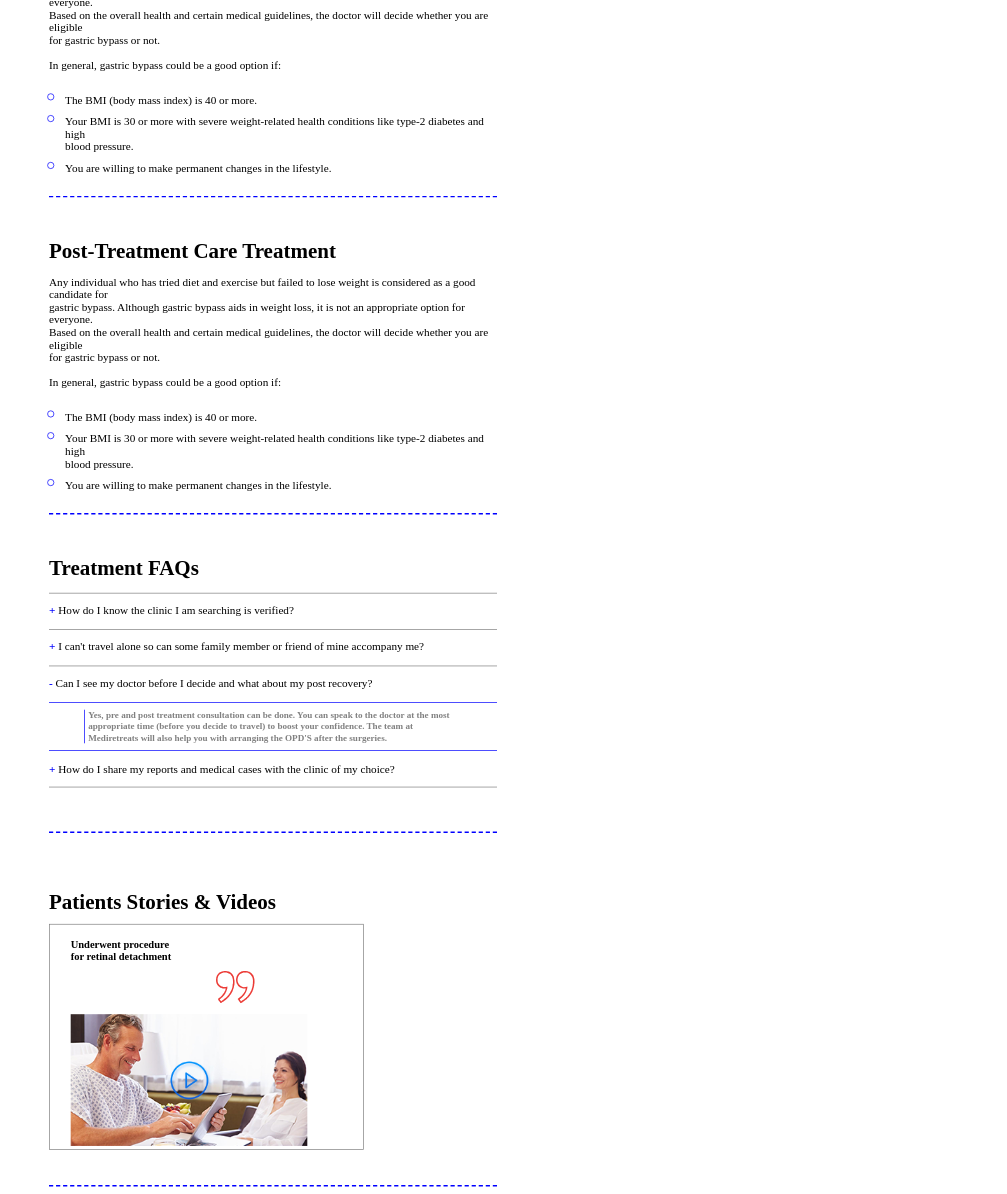
Repository: hetuk2005/webDevelopment
Page: Projects/Aafiya.html
An editor plug-in stored every save of this project. The page is shown before and after the next save, followed by the edit.
The browser window is 1280 px wide. The page is 1438 px wide, so the pictures cover 1438 px, including what lies to the right of the window. The pictures show the part of the page from y = 2867 to 4587 px (the page is 4572 px tall before and 4587 px after), at 70% of full size.

Above is the page before, as saved 2025-04-08 10:48:07.

### Projects/Aafiya.html
<!DOCTYPE html>
<html lang="en">

<head>
    <meta charset="UTF-8" />
    <meta name="viewport" content="width=device-width, initial-scale=1.0" />
    <title>Hetuk</title>
    <link rel="stylesheet" href="./CSS/Aafiya.css" />
</head>

<body>
    <nav>
        <div class="child1">
            <div class="images">
                <img src="./Images/Aafiya Logo.svg" alt="Aafiya Logo" class="img1" /><br />
                <img src="./Images/Logo 2.png" alt="Logo" class="img2" />
            </div>
            <div class="image_text">
                <div class="book_text">
                    <img src="./Images/Book.svg" alt="Book" class="img3" />
                    <div class="grid">
                        <br />
                        <p class="text">Second Medical Option</p>
                        <p class="text1">Book Consultation</p>
                    </div>
                </div>
                <div class="call_text">
                    <img src="./Images/Call.svg" alt="Call" class="img4" /><br />
                    <div class="grid">
                        <br />
                        <p class="text">Call Us On</p>
                        <p class="text1">985 896 2222</p>
                    </div>
                </div>
                <div class="mail_text">
                    <img src="./Images/Mail.png" alt="Mail" class="img5" />
                    <div class="grid">
                        <br />
                        <p class="text">Email Us On</p>
                        <p class="text1">info@mediretreats.com</p>
                    </div>
                </div>
                <div class="India">
                    <img src="./Images/India.svg" alt="India Flag" class="img6" />
                    <img src="./Images/Dropdown Arrow.svg" alt="Dropdown Arrow" class="img7" />
                </div>
            </div>
        </div>
        <div class="child2">
            <ul>
                <li>Home</li>
                <li>About Us</li>
                <li>Treatments +</li>
                <li>Destinations +</li>
                <li>Hospitals</li>
                <li>FAQs</li>
                <li>Blog</li>
                <li>Request A Quote</li>
            </ul>
            <input type="search" placeholder="Search" />
        </div>
    </nav>
    <div class="home_img">
        <div class="home_child">
            <p class="home_content">Home</p>
            <span> > </span>
            <p class="home_content">Treatments</p>
            <span> > </span>
            <p class="home_content">Orthopaedics</p>
            <span> > </span>
            <p class="home_content">Knee Replacement</p>
        </div>
        <br />
        <h3>Total Knee Replacement</h3>
        <p class="home_description">
            Total knee replacement is a surgery to remove and replace the whole<br /> damaged knee joint with an artificial joint.
        </p>
        <br />
        <button class="enquire_now">Enquire Now</button>
    </div>
    <div class="nav2">
        <ul>
            <li class="list">Overview</li>
            <li>Eligibility</li>
            <li>Preparation</li>
            <li>About Treatment</li>
            <li>Post-Treatment Care</li>
            <li>Recovery Tips</li>
            <li>FAQs</li>
            <li>Patients Stories</li>
        </ul>
    </div>
    <div class="treatment_overview">
        <div class="treatment_text">
            <h3>Treatment Overview</h3>
            <br />
            <p>
                Lorem ipsum dolor sit amet consectetur adipisicing elit.<br /> Earum, culpa vel debitis incidunt non quis.
            </p>
            <br />
            <p>
                Lorem ipsum dolor sit amet consectetur adipisicing elit.<br /> aliquam repudiandae, corporis consectetur dolorem eum.<br /> facilis quasi, praesentium inventore expedita quo hic.
            </p>
            <br />
            <p>
                Lorem ipsum dolor sit amet culpa vel debitis<br /> consectetur, adipisicing elit. Adipisci, nemo.
            </p>
            <br />
        </div>
        <div class="treatment_img">
            <img src="./Images/treatment_overview (1).jpg" alt="Image" />
        </div>
    </div>
    <div class="eligibility_for_treatment">
        <div class="eligibility_text">
            <h3>Eligibility For Treatment</h3>
            <br />
            <p>
                Any individual who has tried diet and exercise but failed to lose weight is considered as a good candidate for<br /> gastric bypass. Although gastric bypass aids in weight loss, it is not an appropriate option for everyone.<br /> Based
                on the overall health and certain medical guidelines, the doctor will decide whether you are eligible<br /> for gastric bypass or not.
            </p>
            <br />
            <p>In general, gastric bypass could be a good option if:</p>
            <br />
            <ul>
                <li>The BMI (body mass index) is 40 or more.</li>
                <li>
                    Your BMI is 30 or more with severe weight-related health conditions like type-2 diabetes and high<br /> blood pressure.
                </li>
                <li>You are willing to make permanent changes in the lifestyle.</li>
            </ul>
        </div>
        <br /><br /><br />
        <div class="eligibility_form">
            <h3>Need Help?</h3>
            <br />
            <p>
                Just let us know. We will be happy to<br /> assist you.
            </p>
            <br /><br />
            <form>
                <input type="text" placeholder="Full Name" /><br /><br />
                <input type="email" placeholder="Email" /><br /><br />
                <input type="tel" placeholder="Phone Number" /><br /><br />
                <input type="textarea" placeholder="Describe Your Treatment Requirement" class="textarea" /><br /><br />
                <button class="Enquiry">Send Enquiry</button>
            </form>
        </div>
    </div>
    <div class="preparation_of_treatment">
        <h3>Preparation Of Treatment</h3>
        <br />
        <p>
            Any individual who has tried diet and exercise but failed to lose weight is considered as a good candidate for<br /> gastric bypass. Although gastric bypass aids in weight loss, it is not an appropriate option for everyone.<br /> Based on
            the overall health and certain medical guidelines, the doctor will decide whether you are eligible<br /> for gastric bypass or not.
        </p>
        <br />
        <p>In general, gastric bypass could be a good option if:</p>
        <br />
        <ul>
            <li>The BMI (body mass index) is 40 or more.</li>
            <li>
                Your BMI is 30 or more with severe weight-related health conditions like type-2 diabetes and high<br /> blood pressure.
            </li>
            <li>You are willing to make permanent changes in the lifestyle.</li>
        </ul>
    </div>
    <div class="about_treatment">
        <h3>About Treatment</h3>
        <br />
        <p>
            Any individual who has tried diet and exercise but failed to lose weight is considered as a good candidate for<br /> gastric bypass. Although gastric bypass aids in weight loss, it is not an appropriate option for everyone.<br /> Based on
            the overall health and certain medical guidelines, the doctor will decide whether you are eligible<br /> for gastric bypass or not.
        </p>
        <br />
        <p>In general, gastric bypass could be a good option if:</p>
        <br />
        <ul>
            <li>The BMI (body mass index) is 40 or more.</li>
            <li>
                Your BMI is 30 or more with severe weight-related health conditions like type-2 diabetes and high<br /> blood pressure.
            </li>
            <li>You are willing to make permanent changes in the lifestyle.</li>
        </ul>
    </div>
    <div class="post_treatment">
        <h3>Post-Treatment Care Treatment</h3>
        <br />
        <p>
            Any individual who has tried diet and exercise but failed to lose weight is considered as a good candidate for<br /> gastric bypass. Although gastric bypass aids in weight loss, it is not an appropriate option for everyone.<br /> Based on
            the overall health and certain medical guidelines, the doctor will decide whether you are eligible<br /> for gastric bypass or not.
        </p>
        <br />
        <p>In general, gastric bypass could be a good option if:</p>
        <br />
        <ul>
            <li>The BMI (body mass index) is 40 or more.</li>
            <li>
                Your BMI is 30 or more with severe weight-related health conditions like type-2 diabetes and high<br /> blood pressure.
            </li>
            <li>You are willing to make permanent changes in the lifestyle.</li>
        </ul>
    </div>
    <div class="treatment_recovery">
        <h3>Post-Treatment Care Treatment</h3>
        <br />
        <p>
            Any individual who has tried diet and exercise but failed to lose weight is considered as a good candidate for<br /> gastric bypass. Although gastric bypass aids in weight loss, it is not an appropriate option for everyone.<br /> Based on
            the overall health and certain medical guidelines, the doctor will decide whether you are eligible<br /> for gastric bypass or not.
        </p>
        <br />
        <p>In general, gastric bypass could be a good option if:</p>
        <br />
        <ul>
            <li>The BMI (body mass index) is 40 or more.</li>
            <li>
                Your BMI is 30 or more with severe weight-related health conditions like type-2 diabetes and high<br /> blood pressure.
            </li>
            <li>You are willing to make permanent changes in the lifestyle.</li>
        </ul>
    </div>
    <div class="treatment_faqs">
        <h3>Treatment FAQs</h3>
        <br />
        <p>How do I know the clinic I am searching is verified?</p>
        <br />
        <p>
            I can't travel alone so can some family member or friend of mine accompany me?
        </p>
        <br />
        <p class="answered">
            Can I see my doctor before I decide and what about my post recovery?
        </p>
        <br />
        <p class="answer">
            <span class="left">
          Yes, pre and post treatment consultation can be done. You can speak to
          the doctor at the most<br />
          appropriate time (before you decide to travel) to boost your
          confidence. The team at<br />
          Mediretreats will also help you with arranging the OPD'S after the
          surgeries.
        </span>
        </p>
        <br />
        <a class="bottom">
        How do I share my reports and medical cases with the clinic of my
        choice?
      </a>
        <br />
    </div>
    <div class="patient_stories">
        <h3>Patients Stories & Videos</h3>
        <div class="stories_img">
            <div class="text1">
                <p class="stories_text">Underwent procedure<br> for retinal detachment
                    <br><img src="./Images/Quotes.svg" alt="Quotes" class="quotes"></p>
            </div>
            <img src="./Images/Patient_Stories.png" alt="Image Of Patient" class="patients" />
        </div>
    </div>
</body>

</html>

### Projects/CSS/Aafiya.css
* {
    margin: 0;
    padding: 0;
    box-sizing: border-box;
}

nav {
    width: 100%;
}

.child1 {
    display: flex;
    padding-top: 15px;
    gap: 20px;
    /* height: 50vh; */
    /* border: 1px solid black; */
    justify-content: space-evenly;
    align-items: center;
}

.img3,
.img4,
.img5 {
    height: 60px;
    width: 60px;
    padding-top: 10px;
    object-fit: contain;
}

.book_text,
.call_text,
.mail_text {
    display: flex;
    width: 250px;
    /* border: 1px solid red; */
    justify-content: center;
    padding-bottom: 15px;
}

.grid {
    display: grid;
    text-align: left;
    padding-left: 10px;
}

.img1 {
    height: 70px;
    width: 300px;
    object-fit: contain;
}

.img2 {
    height: 80px;
    width: 70px;
    object-fit: contain;
}

.image_text {
    display: flex;
    gap: 20px;
    padding-right: 50px;
}

.images {
    display: flex;
    gap: 25px;
    padding-left: 50px;
    justify-content: center;
    align-items: center;
}

.text1 {
    font-weight: bolder;
    font-size: 15px;
}

.text {
    font-weight: bold;
    color: gray;
    font-size: 15px;
}

.India {
    display: flex;
    padding-left: 5px;
    justify-content: center;
    gap: 8px;
}

.India>.img6 {
    height: 50px;
    /* width: 50px; */
    padding-top: 10px;
    object-fit: contain;
}

.India>.img7 {
    height: 40px;
    /* width: 40px; */
    padding-top: 23px;
    object-fit: contain;
}

.child2 {
    display: flex;
    padding-top: 10px;
    /* border: 1px solid black; */
    justify-content: space-evenly;
    align-items: center;
    color: white;
    padding-bottom: 10px;
    background-color: rgb(125, 163, 244);
}

.child2>ul {
    list-style-type: none;
    display: flex;
    gap: 60px;
    justify-content: center;
    font-weight: bold;
    align-items: center;
    font-size: larger;
    padding-right: 60px;
}

.child2>input {
    height: 45px;
    background-color: rgb(125, 163, 244);
    width: 200px;
    padding-left: 10px;
    font-weight: bold;
    border: 2px solid black;
}

.child2>input::placeholder {
    color: white;
    text-align: center;
    font-size: large;
    font-weight: bolder;
    opacity: 0.8;
}

.home_img {
    background-image: url(../Images/Main\ Image.jpg);
    background-position: center center;
    background-size: cover;
    background-repeat: no-repeat;
    padding: 80px 0;
    padding-left: 70px;
    position: relative;
    color: white;
}

.home_img>.home_child {
    display: flex;
    gap: 20px;
}

.home_img>.home_child>.home_content,
span {
    font-size: 20px;
    font-weight: bold;
}

.home_img>h3 {
    font-size: 37px;
    font-weight: bolder;
    margin-bottom: 15px;
}

.home_img>.home_description {
    font-size: 19px;
    margin-bottom: 25px;
    font-weight: bold;
}

.home_img>.home_child>span {
    color: red;
}

.home_img>.enquire_now {
    background-color: #1da1f2;
    font-weight: bold;
    color: white;
    font-size: 17px;
    width: 170px;
    height: 40px;
}

.nav2>ul {
    list-style-type: none;
    display: flex;
    gap: 50px;
    padding-left: 60px;
    padding-top: 25px;
    padding-bottom: 20px;
    border-bottom: 2px solid gray;
    font-size: larger;
    font-weight: 300;
}

.nav2>ul>.list:hover {
    text-decoration: underline;
}

.treatment_overview {
    display: flex;
    width: 100%;
    gap: 50px;
    margin-bottom: 10px;
    border-bottom: 2px dashed blue;
    margin-left: 70px;
}

.treatment_overview>.treatment_text {
    padding-top: 67px;
    padding-bottom: 50px;
}

.treatment_overview>.treatment_text>p {
    font-size: 25px;
    padding-bottom: 25px;
}

.treatment_overview>.treatment_text>h3 {
    font-weight: bold;
    font-size: 30px;
}

.treatment_overview>.treatment_img>img {
    height: 480px;
    width: 700px;
    padding-top: 40px;
    padding-bottom: 40px;
    object-fit: contain;
    margin-right: 70px;
}

.eligibility_for_treatment {
    display: flex;
    width: 100%;
    gap: 80px;
    padding-top: 50px;
    margin-left: 70px;
}

.eligibility_for_treatment>.eligibility_text {
    border-bottom: 2px dashed blue;
}

.eligibility_for_treatment>.eligibility_text>h3 {
    font-size: 30px;
    font-weight: bold;
}

.eligibility_for_treatment>.eligibility_text>ul {
    list-style-type: circle;
    padding-left: 23px;
}

.eligibility_for_treatment>.eligibility_text>ul>li::marker {
    color: blue;
    font-size: 30px;
    font-weight: bold;
}

.eligibility_for_treatment>.eligibility_form>h3 {
    font-size: 35px;
    color: blue;
    font-weight: bold;
    font-style: italic;
}

.eligibility_form {
    box-shadow: 0 0 10px rgba(0, 0, 0, 0.4);
    border-radius: 7px;
    padding: 20px;
}

.eligibility_for_treatment>.eligibility_form>p {
    font-size: 20px;
}

.eligibility_for_treatment>.eligibility_form>form>input {
    height: 40px;
    width: 300px;
    gap: 20px;
    border: 2px solid black;
    border-radius: 7px;
}

.eligibility_for_treatment>.eligibility_form>form>input::placeholder {
    color: gray;
    padding-left: 15px;
}

.eligibility_for_treatment>.eligibility_form>form>.textarea {
    height: 100px;
    width: 300px;
    border: 2px solid black;
    border-radius: 7px;
}


/*.eligibility_for_treatment>.eligibility_form>form>.textarea::placeholder {
    padding-bottom: 70px;
}*/

.eligibility_for_treatment>.eligibility_form>form>button {
    background: linear-gradient(to right, #00aaff, #66ccff);
    color: white;
    width: 100%;
    border-radius: 7px;
    border: none;
    height: 45px;
}

.preparation_of_treatment>h3 {
    font-size: 30px;
    font-weight: bold;
}

.preparation_of_treatment {
    border-bottom: 2px dashed blue;
    margin-bottom: 10px;
    padding-bottom: 30px;
    gap: 50px;
    padding-top: 50px;
    margin-left: 70px;
    width: 50%;
}

.preparation_of_treatment>ul {
    list-style-type: circle;
    padding-left: 23px;
}

.preparation_of_treatment>ul>li::marker {
    color: blue;
    font-size: 30px;
    font-weight: bold;
}

.about_treatment {
    border-bottom: 2px dashed blue;
    margin-bottom: 10px;
    padding-bottom: 30px;
    gap: 50px;
    padding-top: 50px;
    margin-left: 70px;
    width: 50%;
}

.about_treatment>ul {
    list-style-type: circle;
    padding-left: 23px;
}

.about_treatment>ul>li::marker {
    color: blue;
    font-size: 30px;
    font-weight: bold;
}

.about_treatment>h3 {
    font-size: 30px;
    font-weight: bold;
}

.post_treatment {
    border-bottom: 2px dashed blue;
    margin-bottom: 10px;
    padding-bottom: 30px;
    gap: 50px;
    padding-top: 50px;
    margin-left: 70px;
    width: 50%;
}

.post_treatment>ul {
    list-style-type: circle;
    padding-left: 23px;
}

.post_treatment>ul>li::marker {
    color: blue;
    font-size: 30px;
    font-weight: bold;
}

.post_treatment>h3 {
    font-size: 30px;
    font-weight: bold;
}

.treatment_recovery {
    border-bottom: 2px dashed blue;
    margin-bottom: 10px;
    padding-bottom: 30px;
    gap: 50px;
    padding-top: 50px;
    margin-left: 70px;
    width: 50%;
}

.treatment_recovery>ul {
    list-style-type: circle;
    padding-left: 23px;
}

.treatment_recovery>ul>li::marker {
    color: blue;
    font-size: 30px;
    font-weight: bold;
}

.treatment_recovery>h3 {
    font-size: 30px;
    font-weight: bold;
}

.treatment_faqs>h3 {
    font-size: 30px;
    font-weight: bold;
}

.treatment_faqs {
    border-bottom: 2px dashed blue;
    padding-bottom: 45px;
    margin-bottom: 11px;
    gap: 50px;
    padding-top: 50px;
    margin-left: 70px;
    width: 50%;
}

.treatment_faqs>p {
    border-top: 1px solid gray;
    padding-top: 15px;
    counter-reset: value;
}

.treatment_faqs>p::before {
    counter-increment: value;
    content: "+  ";
    font-weight: bold;
    color: blue;
}

.treatment_faqs>.answered {
    counter-reset: value;
}

.treatment_faqs>.answered::before {
    counter-increment: value;
    content: "-  ";
    color: blue;
}

.treatment_faqs>.bottom {
    border-bottom: 1px solid gray;
    display: block;
    padding-bottom: 15px;
    counter-reset: value;
}

.treatment_faqs>.bottom::before {
    counter-increment: value;
    content: "+  ";
    font-weight: bold;
    color: blue;
}

.treatment_faqs>.answer {
    border-top: 1px solid blue;
    border-bottom: 1px solid blue;
    padding-left: 50px;
    padding-top: 10px;
    padding-bottom: 10px;
    counter-reset: value;
}

.treatment_faqs>.answer::before {
    counter-increment: value;
    content: "";
    color: blue;
}

.treatment_faqs>.answer>.left {
    border-left: 1px solid blue;
    display: block;
    font-size: small;
    padding-left: 5px;
    color: gray;
}

.patient_stories {
    border-bottom: 2px dashed blue;
    margin-bottom: 10px;
    padding-bottom: 50px;
    gap: 50px;
    padding-top: 70px;
    margin-left: 70px;
    width: 50%;
}

.patient_stories>h3 {
    font-size: 30px;
    font-weight: bold;
    padding-bottom: 15px;
}

.patient_stories>.stories_img {
    border: 1px solid gray;
    width: 450px;
    padding-left: 30px;
    padding-top: 20px;
    padding-right: 20px;
}

.patient_stories>.stories_img>.text1 {
    display: flex;
    font-size: 15px;
    font-weight: bold;
    gap: 50px;
}

.patient_stories>.stories_img>.text1>.stories_text>.quotes {
    height: 70px;
    width: 70px;
    margin-right: 100px;
    margin-left: 200px;
    object-fit: contain;
}

.patient_stories>.patients {
    height: 100px;
    width: 100px;
    object-fit: contain;
}

After the next save:
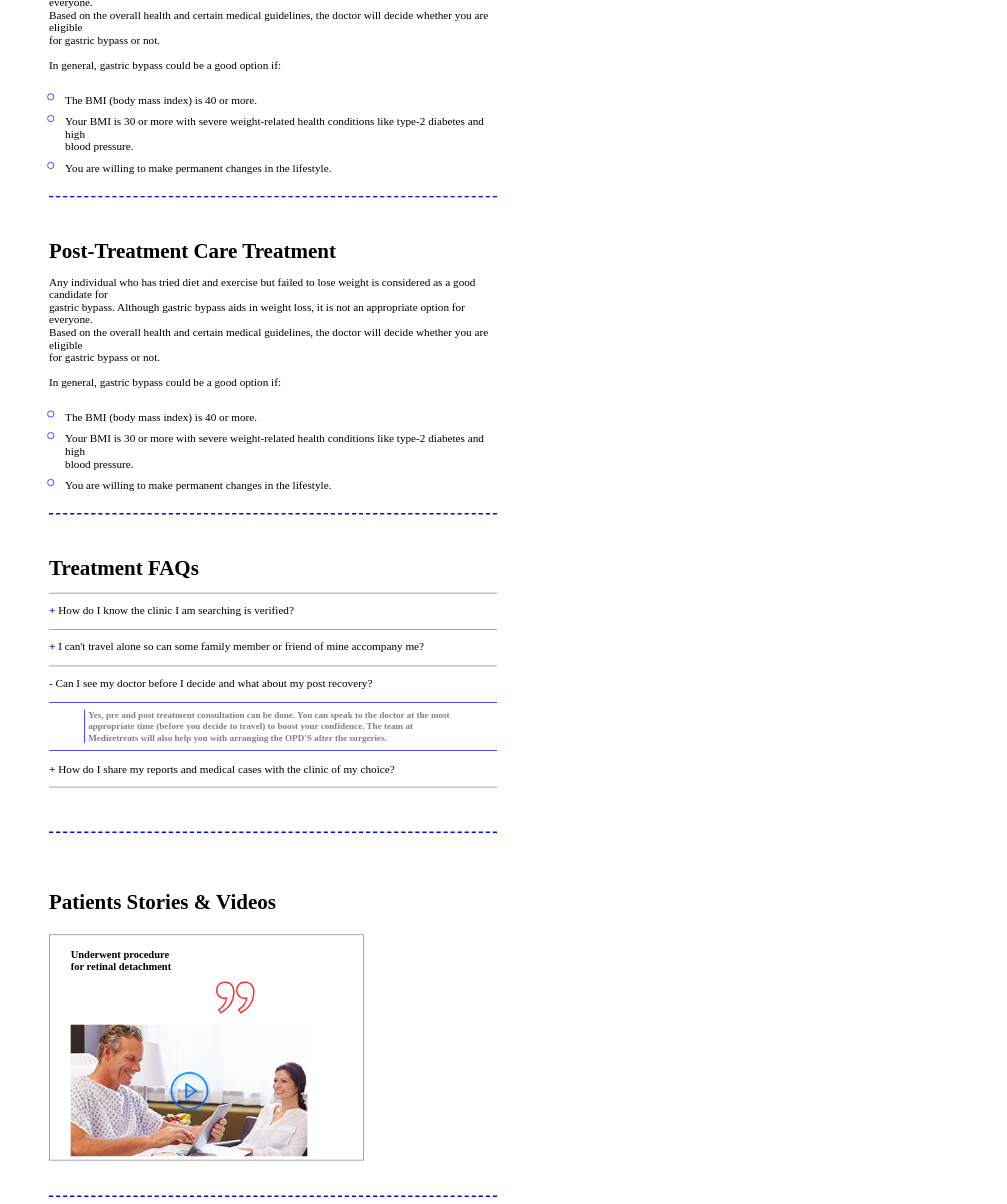
Saved 9 s later.
--- a/Projects/CSS/Aafiya.css
+++ b/Projects/CSS/Aafiya.css
@@ -507,7 +507,7 @@ span {
 .patient_stories>h3 {
     font-size: 30px;
     font-weight: bold;
-    padding-bottom: 15px;
+    padding-bottom: 30px;
 }
 
 .patient_stories>.stories_img {
